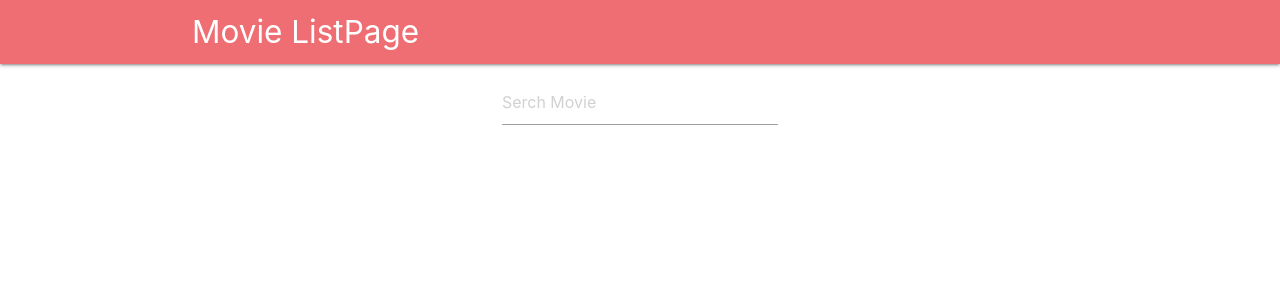
Repository: Reiya-1003/React-Ts-Node-App
Page: /
An editor plug-in stored every save of this project. The page is shown before and after the next save, followed by the edit.
The browser window is 1280 px wide. The pictures show the whole page.
The project was rebuilt for these pictures with package versions that can differ from the ones it lists, and the page was loaded fresh each time.

Above is the page before, as saved 2021-11-11 14:43:54.

After the next save:
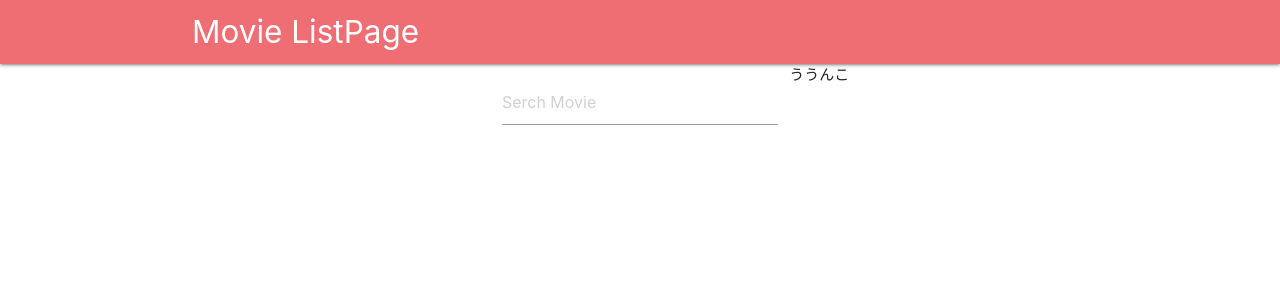
Saved 8 min 7 s later.
--- a/src/components/Searthbox.tsx
+++ b/src/components/Searthbox.tsx
@@ -47,6 +47,7 @@
             </div>
           </form>
         </section>
+        <div>ううんこ</div>
       </div>
     </div>
   );

After the save that followed:
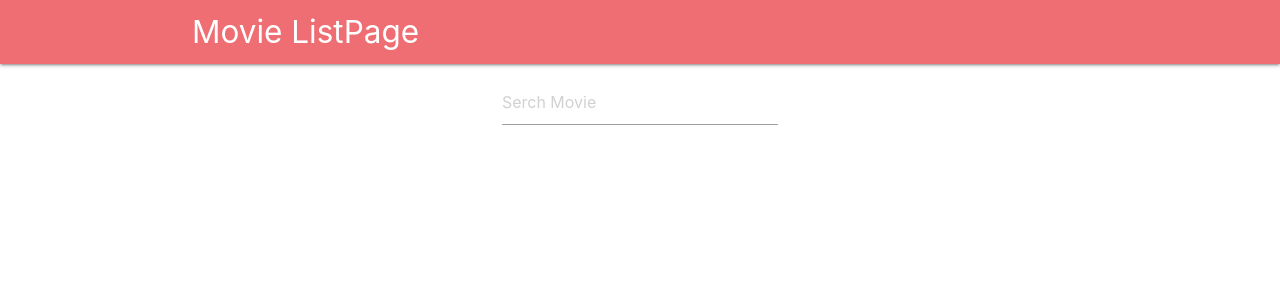
Saved 9 s later.
--- a/src/components/Searthbox.tsx
+++ b/src/components/Searthbox.tsx
@@ -47,7 +47,6 @@
             </div>
           </form>
         </section>
-        <div>ううんこ</div>
       </div>
     </div>
   );
